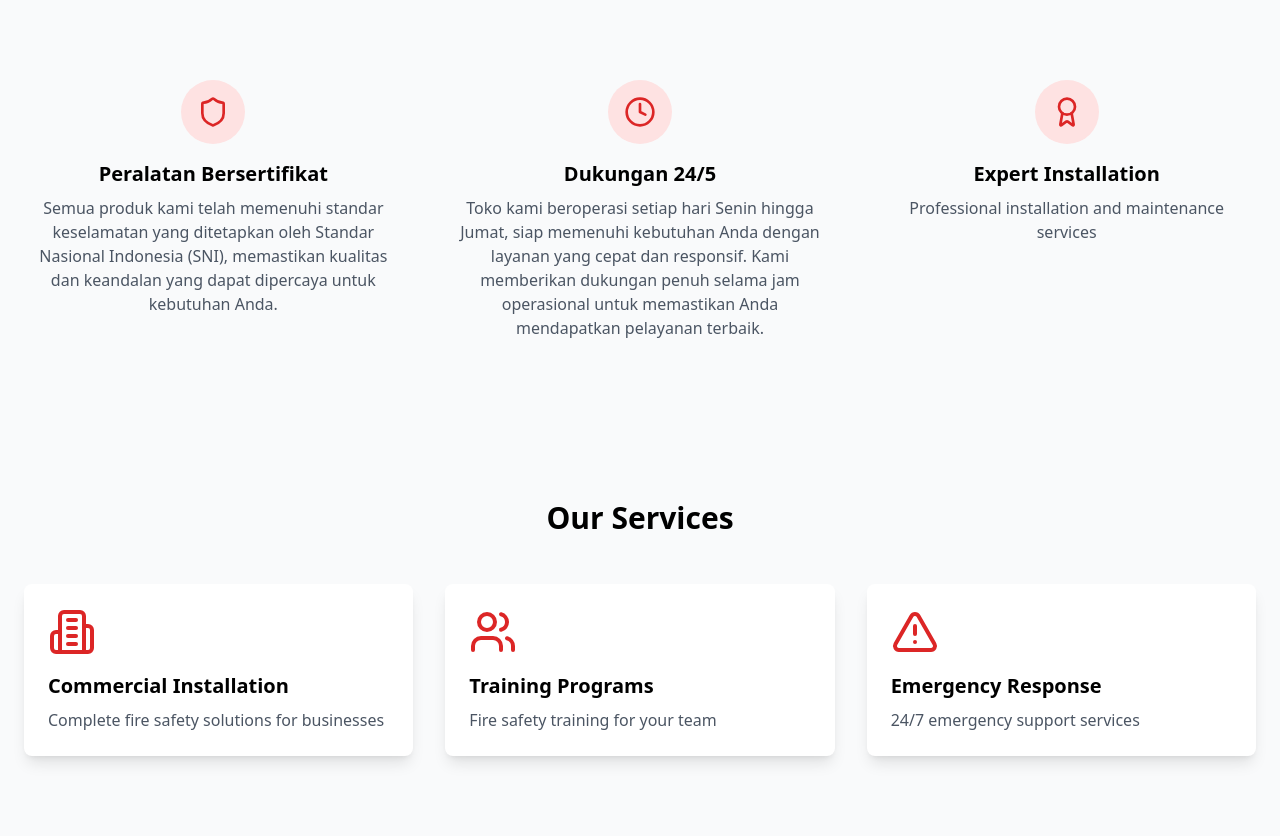
Repository: matrixmas/matrixmas.github.io
Page: /
An editor plug-in stored every save of this project. The page is shown before and after the next save, followed by the edit.
The browser window is 1280 px wide. The pictures show the part of the page from y = 600 to 1436 px (the page is 1436 px tall).
The project was rebuilt for these pictures with package versions that can differ from the ones it lists, and the page was loaded fresh each time. Also part of the build but not shown: vite.config.ts, src/components/Header.tsx, src/pages/Products.tsx, src/pages/ProductDetail.tsx, src/pages/About.tsx, src/pages/Contact.tsx.

Above is the page before, as saved 2025-02-04 13:29:11.

After the next save:
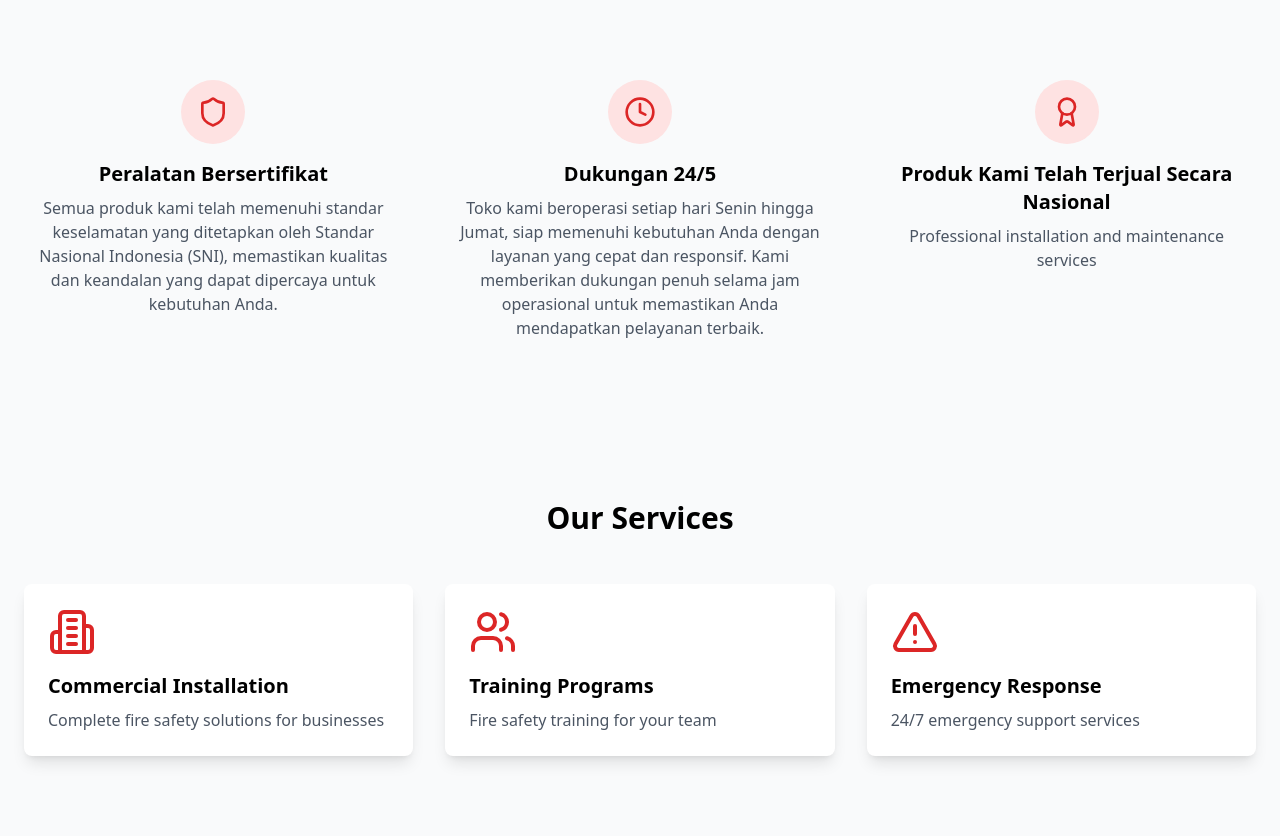
Saved 50 s later.
--- a/src/pages/Home.tsx
+++ b/src/pages/Home.tsx
@@ -53,7 +53,7 @@ export default function Home() {
               <div className="bg-red-100 p-4 rounded-full mb-4">
                 <Award className="h-8 w-8 text-red-600" />
               </div>
-              <h3 className="text-xl font-semibold mb-2">Expert Installation</h3>
+              <h3 className="text-xl font-semibold mb-2">Produk Kami Telah Terjual Secara Nasional</h3>
               <p className="text-gray-600">Professional installation and maintenance services</p>
             </div>
           </div>
